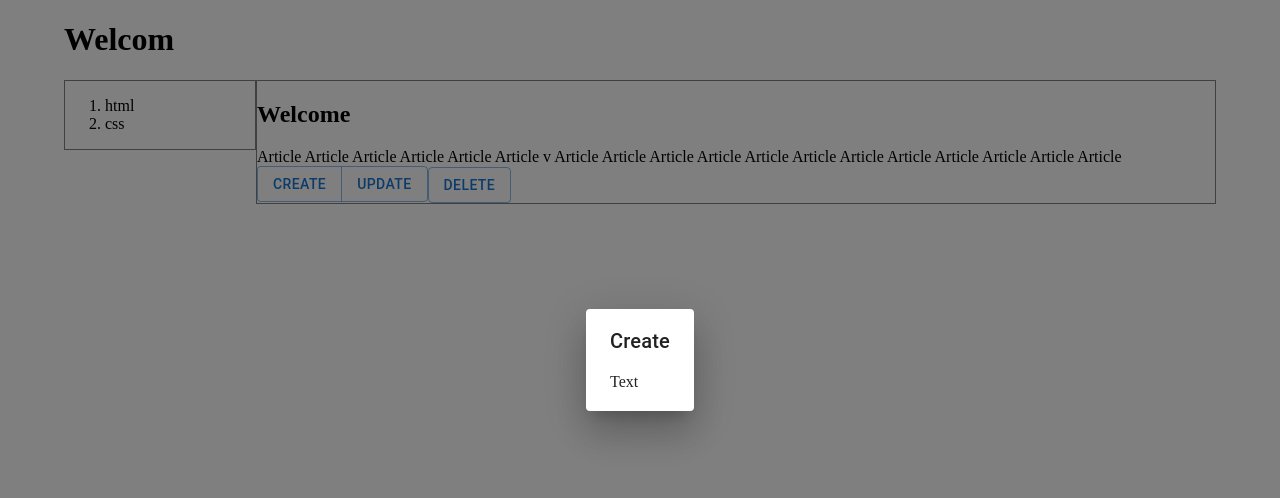
Repository: chlwpdnswku/nextjsportpolioclone
Page: /
These files come from the project's save history. The page is drawn as it stood at one moment and after the next save; the edit follows.
The browser window is 1280 px wide. The pictures show the whole page.
The project was rebuilt for these pictures with package versions that can differ from the ones it lists, and the page was loaded fresh each time. The framework's server and built-in components were replaced by stand-ins that run in the browser. Also part of the build but not shown: next.config.js.

Above is the page before, as saved 2022-08-05 16:18:27.

After the next save:
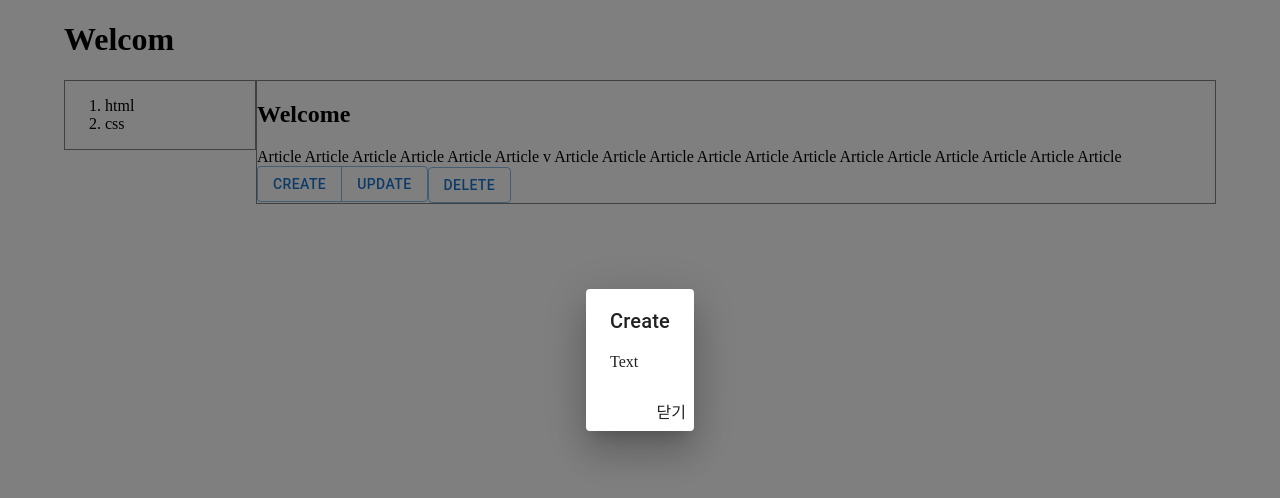
Saved 27 s later.
--- a/pages/index.tsx
+++ b/pages/index.tsx
@@ -11,6 +11,7 @@ import DialogActions from '@mui/material/DialogActions';
 import DialogContent from '@mui/material/DialogContent';
 import DialogContentText from '@mui/material/DialogContentText';
 import DialogTitle from '@mui/material/DialogTitle';
+import { Domain } from 'domain';
 
 const Home: NextPage = () => {
   return (
@@ -64,6 +65,7 @@ function Article() {
       <Dialog open={true}>
         <DialogTitle>Create</DialogTitle>
         <DialogContent>Text</DialogContent>
+        <DialogActions>닫기</DialogActions>
       </Dialog>
     </article>
   );
